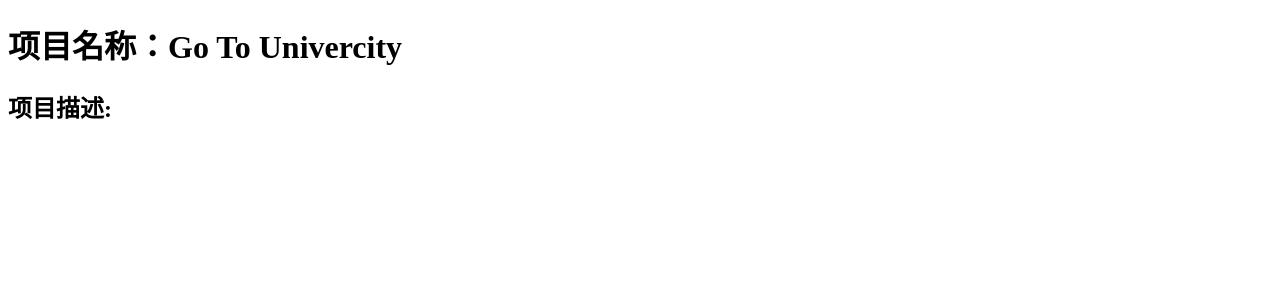
Repository: SUT-GC/GoToUnivercity
Page: http://localhost/GoToUniversity/ideasource/idea.jsp
The author's editor kept a copy of each file at every save. The page is drawn from the files as they stood at one save, then again after the next save.
The browser window is 1280 px wide. The pictures show the whole page.
The page is served by Tomcat 9. Nobody is signed in. The application's start-up code is not run.

Above is the page before, as saved 2015-11-16 10:45:19.

After the next save:
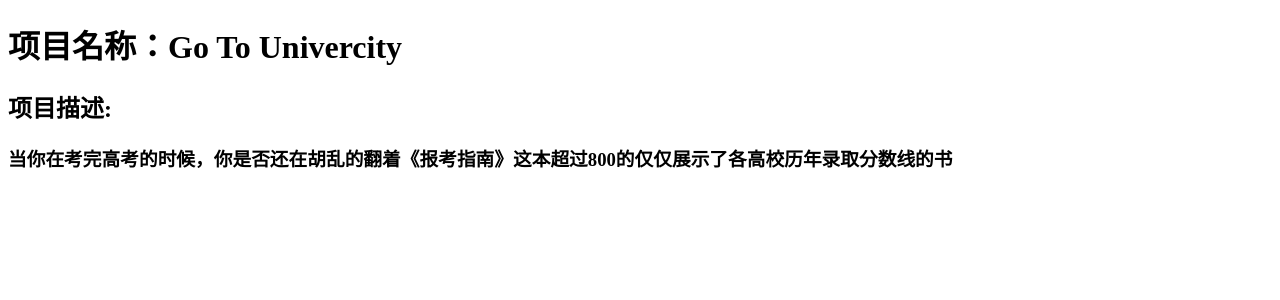
Saved 3 min 1 s later.
--- a/GoToUniversity/WebContent/ideasource/idea.jsp
+++ b/GoToUniversity/WebContent/ideasource/idea.jsp
@@ -14,7 +14,9 @@
 		<div class="content_body">
 			<div class="content_body_description">
 				<h2>项目描述:</h2>
-				<h3></h3>
+				<h3>
+					<p>当你在考完高考的时候，你是否还在胡乱的翻着《报考指南》这本超过800的仅仅展示了各高校历年录取分数线的书</p>
+				</h3>
 			</div>
 			<div class="content_body_content">
 
